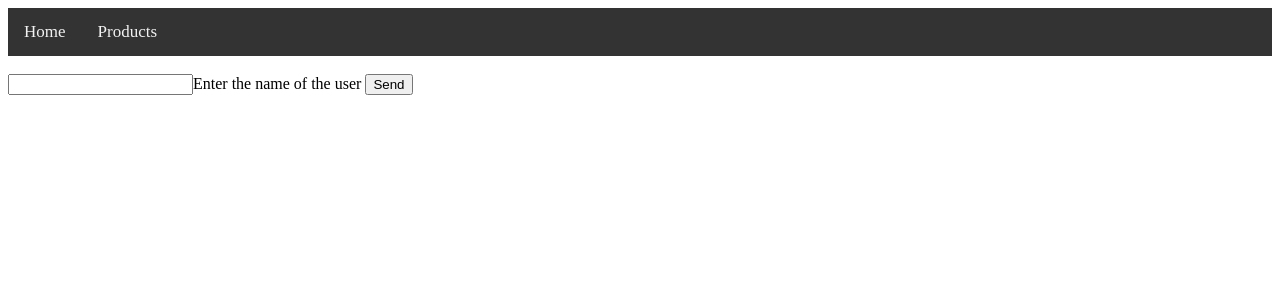
Repository: ibrar-uzair/Node-Course
Page: http://localhost/
An editor plug-in stored every save of this project. The page is shown before and after the next save, followed by the edit.
The browser window is 1280 px wide. The pictures show the whole page.
The page is served by the project's Node server (play.js). Other server files are loaded and not shown.

Above is the page before, as saved 2021-11-16 14:30:42.

### views/add-product.html
<!DOCTYPE html>
<html lang="en">
<head>
    <meta charset="UTF-8">
    <meta http-equiv="X-UA-Compatible" content="IE=edge">
    <meta name="viewport" content="width=device-width, initial-scale=1.0">
    <title>Document</title>

    <style>
        .topnav {
        background-color: #333;
        overflow: hidden;
        }

        .topnav a {
        float: left;
        color: #f2f2f2;
        text-align: center;
        padding: 14px 16px;
        text-decoration: none;
        font-size: 17px;
        }

        .topnav a:hover {
        background-color: #ddd;
        color: black;
        }

        .topnav a.active {
        background-color: #04AA6D;
        color: white;
        }
    </style>

</head>
<body>
    <header>
        <div class="topnav">
            <a class="/" href="#home">Home</a>
            <a href="/show-all/">Products</a>
        </div>
        <br>

        <form action="/add-user" method="POST">
            <input type="text" name="name">Enter the name of the user</input>
            <button>Send</button>
        </form>
    </header>

</body>
</html>

### play.js

const path=require('path');

const http=require('http');
const { parse } = require('path/posix');

const express=require('express');
const bodyParser = require('body-parser');

const app=express();

app.use(bodyParser.urlencoded({extended:false}))

const adminRoutes=require('./routes/admin')
const shopRoutes=require('./routes/shop')

app.use(shopRoutes);
app.use(adminRoutes);

app.use((req,res,next)=>{
    res.status(404).sendFile(path.join(__dirname,'views','pagenotfound.html'))
})

const server =http.createServer(app);

console.log("Server is listening on port 3000");
server.listen(3000)

### routes/admin.js

const express =require('express')
const path=require('path');

const dirRoot=require('../utils/paths')

const router = express.Router()

router.get("/",(req,res,next)=>{
    res.sendFile(path.join(dirRoot,'views','add-product.html'))
})

module.exports=router

### utils/paths.js
const path =require('path')


module.exports=path.dirname(process.mainModule.filename)

After the next save:
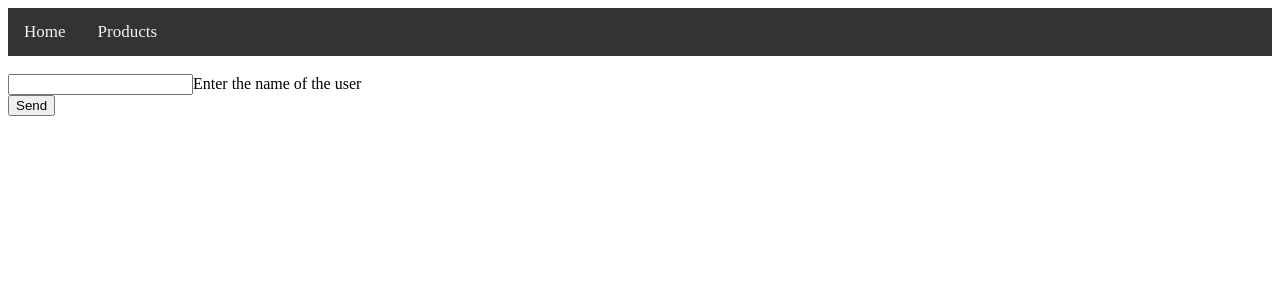
Saved 32 s later.
--- a/views/add-product.html
+++ b/views/add-product.html
@@ -42,7 +42,8 @@
         <br>
 
         <form action="/add-user" method="POST">
-            <input type="text" name="name">Enter the name of the user</input>
+            <input type="text" name="name">Enter the name of the user</input><br>
+
             <button>Send</button>
         </form>
     </header>
